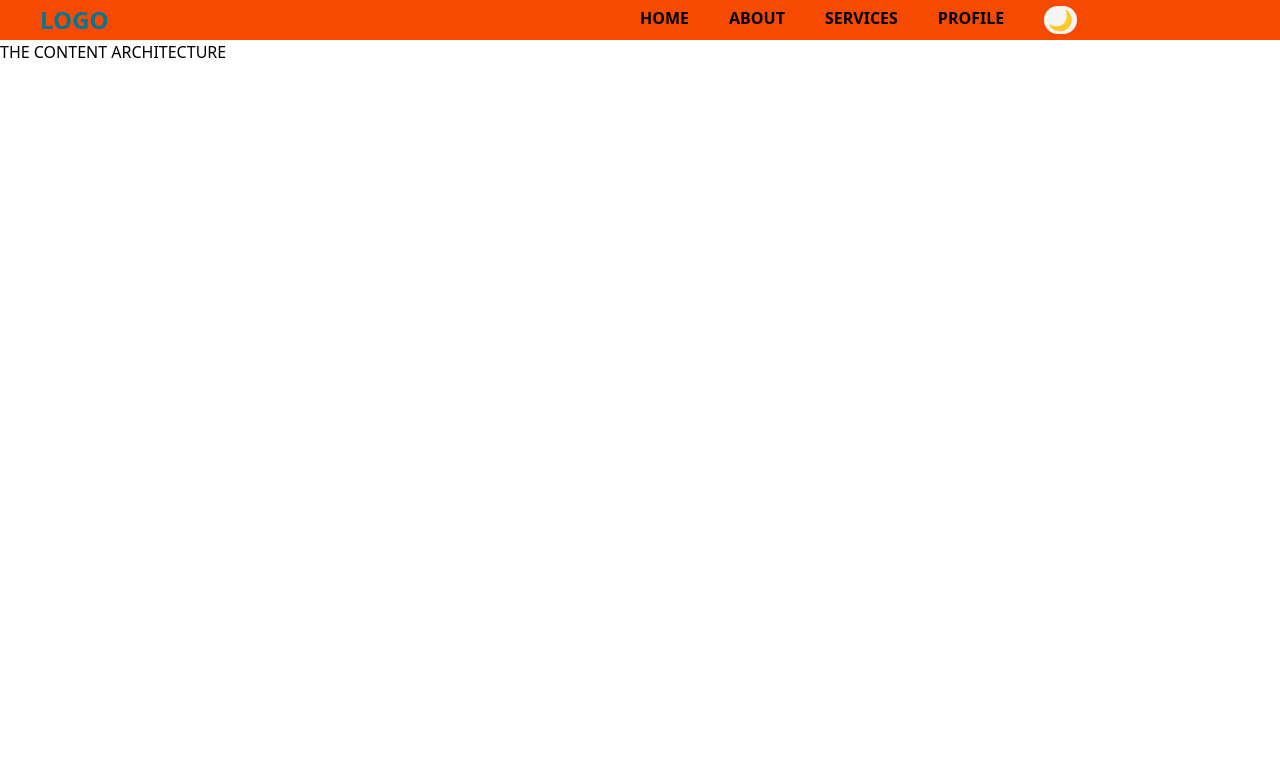
Repository: ajay-maurya-dev/Login
Page: /
The author's editor kept a copy of each file at every save. The page is drawn from the files as they stood at one save, then again after a run of saves.
The browser window is 1280 px wide. The pictures show the whole page.
The project was rebuilt for these pictures with package versions that can differ from the ones it lists, and the page was loaded fresh each time. Also part of the build but not shown: vite.config.js.

Above is the page before, as saved 2026-10-23 16:11:51.

After the next 2 saves:
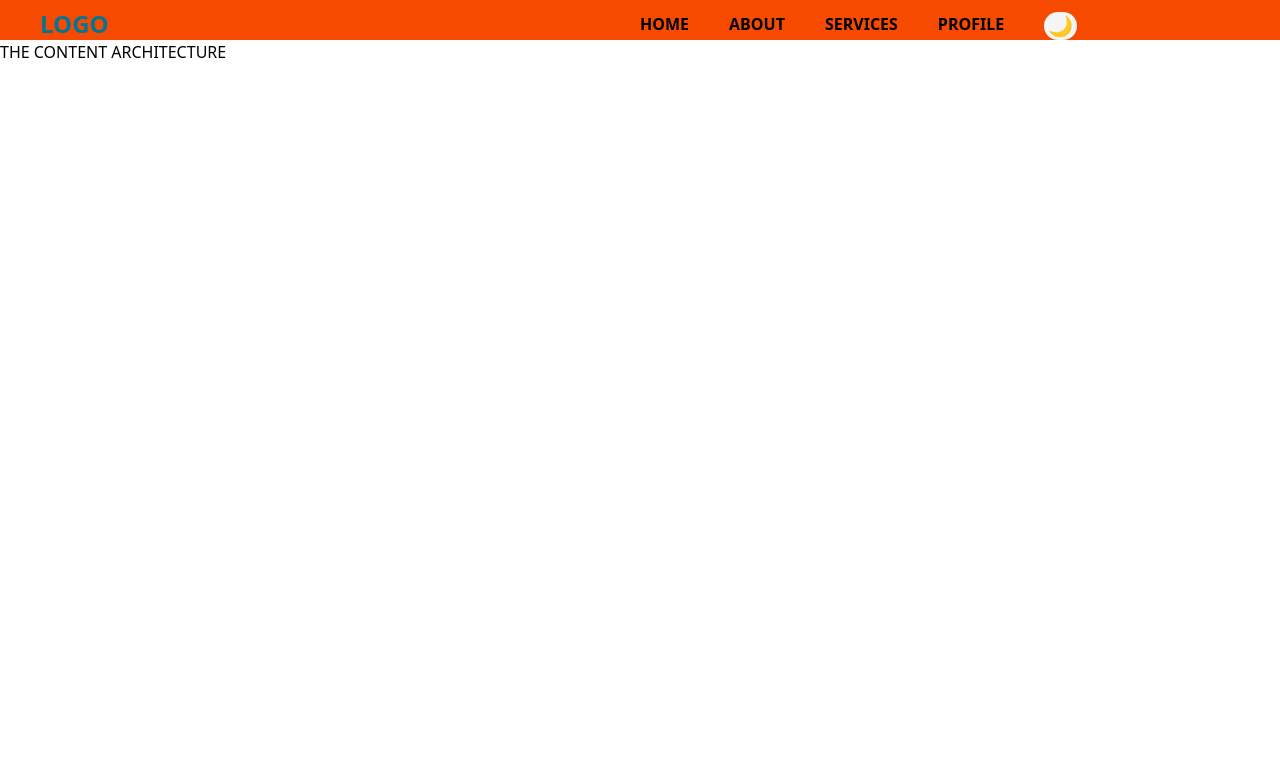
The 2 saves are shown as one change because they came seconds apart.
The last was saved 6 s later.
--- a/src/components/Navbar.jsx
+++ b/src/components/Navbar.jsx
@@ -5,7 +5,7 @@
 
 
   return (
-    <nav className="flex md:flex-row items-center md:h-10 md:w-full px-10 dark:bg-black dark:text-white md:bg-orange-600 sm:h-50 sm:flex-col  sm:bg-amber-600">
+    <nav className="flex md:flex-row items-center md:h-10 md:w-full px-10 dark:bg-black dark:text-white md:bg-orange-600 sm:h-50 sm:flex-col sm:items-end sm:bg-amber-600">
       <div className=" flex-1 text-2xl text-cyan-700 font-extrabold">LOGO</div>
       <div className="flex flex-1 gap-10 test-2xl font-bold">
         <h3 className="cursor-pointer hover:text-cyan-500 active:scale-95 ">
